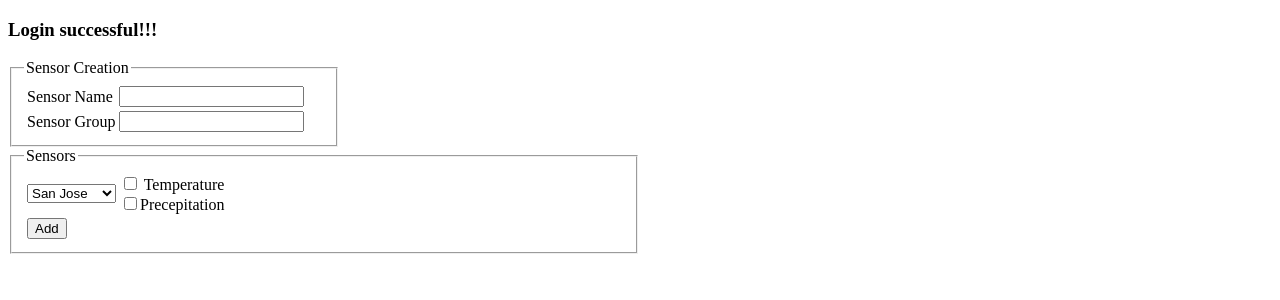
Repository: SharatNH/281mainproject
Page: sensorcloud/WebContent/index.html
The author's editor kept a copy of each file at every save. The page is drawn from the files as they stood at one save, then again after the next save.
The browser window is 1280 px wide. The pictures show the whole page.

Above is the page before, as saved 2016-05-15 22:49:19.

After the next save:
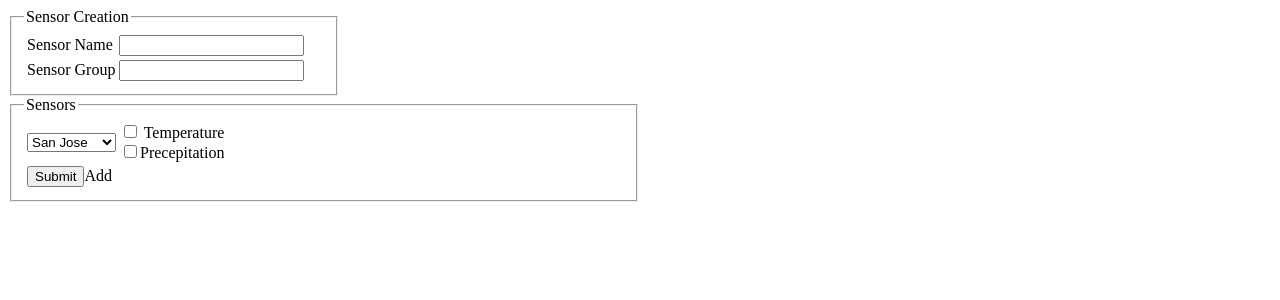
Saved 74 s later.
--- a/sensorcloud/WebContent/index.html
+++ b/sensorcloud/WebContent/index.html
@@ -5,7 +5,7 @@
 <title>Insert title here</title>
 </head>
 <body>
-<h3>Login successful!!!</h3>
+
     <form action="addsensor(this)" method="post">
         <fieldset style="width: 300px">
             <legend> Sensor Creation </legend>
@@ -40,7 +40,7 @@
                     </td>
                 </tr>
                  <tr>
-                    <td><input type="submit" value="Add" /></td>
+                    <td><input type="submit"  />Add</td>
                 </tr>
 
             </table>
